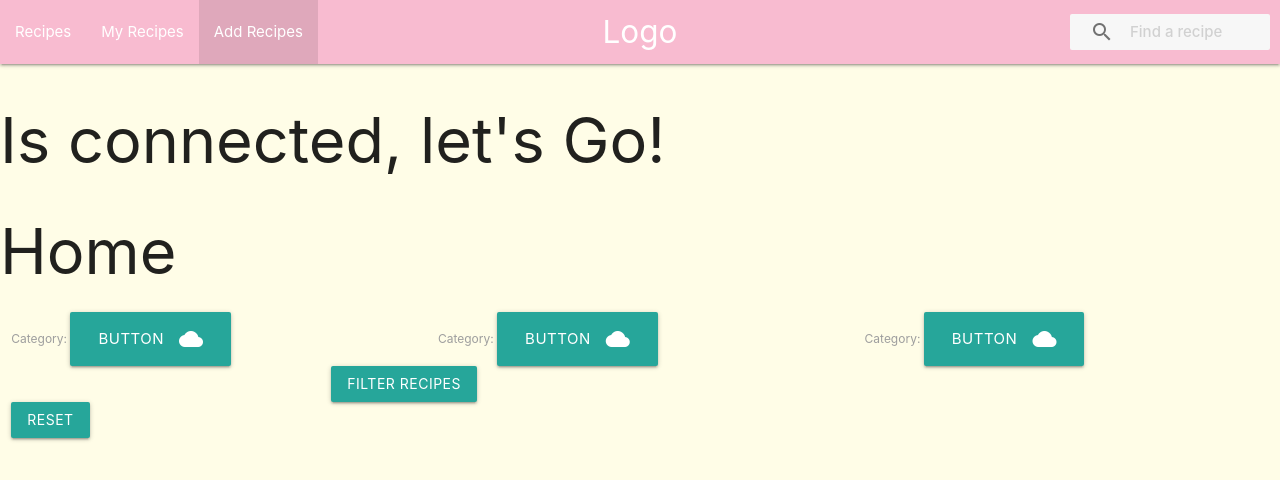
Repository: pazcm/cook-book
Page: templates/home.html
The author's editor kept a record of every edit. The page is drawn from the files as they stood at one moment, then again after the next edit.
The browser window is 1280 px wide. The pictures show the whole page.
Some web libraries are served in a nearby version. The page is served by the project's application, run on Flask 3 (app.py). The template is opened directly, without the code that normally fills it, so the values that code supplies are empty.

Above is the page before.

### templates/home.html
{% extends 'base.html' %}
{% block content %}
<h1>Home</h1>
    <div class="row">
        <form action="/list_recipes" class="form-container" method="POST">
    <div class="form-row">
        <div class="col s12 offset-m4 l4 form-filter">
            <label for="category" class="category-filter">Category: </label>
                <a class="waves-effect waves-light btn-large"><i class="material-icons right">cloud</i>button</a>
        </div>
        <div class="col s12 offset-m4 l4 form-filter">
            <label for="category" class="category-filter">Category: </label>
                <a class="waves-effect waves-light btn-large"><i class="material-icons right">cloud</i>button</a>
        </div>
        <div class="col s12 offset-m4 l4 form-filter">
            <label for="category" class="category-filter">Category: </label>
                <a class="waves-effect waves-light btn-large"><i class="material-icons right">cloud</i>button</a>
        </div>
    </div>
        <!-- submit / reset -->
        <div class="form-row">
            <div class="col s6 m6 offset-l3 l3">
                <button class="btn btn-filter" type="Submit">Filter Recipes</button>
            </div>
            <div class="col s12 m-6 l-3">
                <button href="{{url_for('list_recipes', recipes=recipes, category=category, ingredient=ingredient, cuisine=cuisine)}}" class="btn">Reset</button>
            </div>
        </div>
    </form>
    </div>
{% endblock %}

### templates/base.html
<!DOCTYPE html>
<html lang="en">
<html>
    <head>
        <meta charset="UTF-8">
        <meta name="viewport" content="width=device-width, initial-scale=1.0">
        <meta http-equiv="X-UA-Compatible" content="ie=edge">
        <!-- fonts icons -->
        <link href="https://fonts.googleapis.com/icon?family=Material+Icons" rel="stylesheet">
        <link href="https://stackpath.bootstrapcdn.com/font-awesome/4.7.0/css/font-awesome.min.css">
        <!-- Materialize -->
        <link rel="stylesheet" href="https://cdnjs.cloudflare.com/ajax/libs/materialize/1.0.0/css/materialize.min.css">
        <!-- custom CSS -->
        <link rel="stylesheet" href="{{ url_for('static', filename='css/style.css') }}" type="text/css" />

        <title>Cook Book app</title>
    </head>
    <body>
        <!-- Header - Navigation bar -->
        <nav>
            <div class="nav-wrapper">
            <!--sidenav-->
                <ul id="slide-out" class="sidenav">
                    <li>
                        <div class="user-view">
                            <div class="background">
                                <img src="static/images/yellow-unsplash.jpg">
                            </div>
                            <a href="#user"><img class="circle" src="static/images/toa-unsplash.jpg"></a>
                            <a href="#name"><span class="white-text name">Mary Jane</span></a>
                            <a href="#email"><span class="white-text email">maryjane@example.com</span></a>
                        </div>
                    </li>
                    <li><a href="#!"><i class="material-icons">local_dining</i>Link Logo Cook Book</a></li>
                    <li>
                        <div class="divider"></div>
                    </li>
                    <li><a class="subheader">Browse</a></li>
                    <li><a class="waves-effect" href="#!">Recipes</a></li>
                    <li><a class="waves-effect" href="#!">My Recipes</a></li>
                    <li><a class="waves-effect" href="#!">Add Recipes</a></li>
                </ul>
                <a href="#" data-target="slide-out" class="sidenav-trigger"><i class="material-icons">menu</i></a>
                <!--end sidenav-->

                <!--navbar menu-->
                <a href="#" class="brand-logo center">Logo</a>
                <ul id="nav-mobile" class="left hide-on-med-and-down">
                    <li><a href="templates/recipes.html">Recipes</a></li>
                    <li><a href="templates/my-recipes.html">My Recipes</a></li>
                    <li class="active"><a href="templates/add-recipes.html">Add Recipes</a></li>
                </ul>
                <div class="search-box">
                        <form action="" class="browser-default right">
                            <input id="search-input" placeholder="Find a recipe" type="text" class="browser-default search-field" name="q" value="" autocomplete="off" aria-label="Search box">
                            <label for="search-input"><i class="material-icons search-icon active">search</i></label>
                      </form>
                </div>
            </div>
            <!--end navebar menu-->
        </nav>
        <h1>Is connected, let's Go!</h1>
        {% block content %}
        {% endblock %}


        <!-- jQuery-->
        <script src="https://cdnjs.cloudflare.com/ajax/libs/jquery/3.2.1/jquery.min.js"></script>
        <!-- Compiled and minified JavaScript -->
        <script src="https://cdnjs.cloudflare.com/ajax/libs/materialize/1.0.0/js/materialize.min.js"></script>

        <!-- Collapsible Sidenav  -->
        <script type="text/javascript">
             $(document).ready(function () {
                    $('.sidenav').sidenav();
                });
        </script>

        <!--search box-->
        <script type="text/javascript">
            /* hide when expanded*/
document.querySelector(".search-field").addEventListener("focus", function() {
  let hidden = document.querySelectorAll(".search-hide");

  for (let i = 0; i < hidden.length; ++i) {
    hidden[i].style.display = "none";
  }
});

/* show when expanded*/
document.querySelector(".search-field")
  .addEventListener("focusout", function() {
    let hidden = document.querySelectorAll(".search-icon");
    for (let i = 0; i < hidden.length; ++i) {
      hidden[i].style.display = "block";
    }
  });


        </script>
    </body>
</html>

### app.py
import os
from flask import Flask, render_template, redirect, request, url_for
from flask_pymongo import PyMongo
from bson.objectid import ObjectId

app = Flask(__name__)
app.config["MONGO_DBNAME"] = 'cook-book-db'
app.config["MONGO_URI"] = 'mongodb+srv://root:r00tUser@cluster2-6phdr.mongodb.net/cook-book-db?retryWrites=true&w=majority'

mongo = PyMongo(app)


@app.route('/')
@app.route('/get_recipe')
def get_recipe():
    return render_template("recipes.html", recipes=mongo.db.recipes.find())


if __name__ == '__main__':
    app.run(host=os.environ.get('IP'),
            port=int(os.environ.get('PORT')),
            debug=True)

### static/css/style.css
body {
  background-color: #fffde7;
}

nav .nav-wrapper {
  background-color: #f8bbd0;
  margin-right: 0;
}

/* search box */

nav .search-box {
  position: relative;
  height: 100%;
  margin-right: 10px;
}

input.search-field {
  width: 1px;
  margin-right: 0;
  padding: 10px 25px;
  font-weight: 500;
  color: rgba(0, 0, 0, 0.54);
  border-radius: 2px;
  border: 0;
  height: 36px;
  background: #f7f7f7;
  transition: background 0.2s, width .2s;
}

input.search-field:hover {
  background: #ebebeb;
}

input.search-field:focus {
  width: 100vw;
  padding: 8px 8px 8px 50px;
}

.search-icon {
  position: absolute;
  top: 0;
  padding-left: 15px;
  color: rgba(0, 0, 0, 0.54);
}



/* Media queries */
@media (min-width: 600px) {

  /* search box */

  input.search-field {
    padding: 8px 8px 8px 60px;
    width: 200px;
  }

  input.search-field:focus {
    width: 100%;

  }

  .search-icon {
    padding-left: 20px;
  }

}

After the next edit:
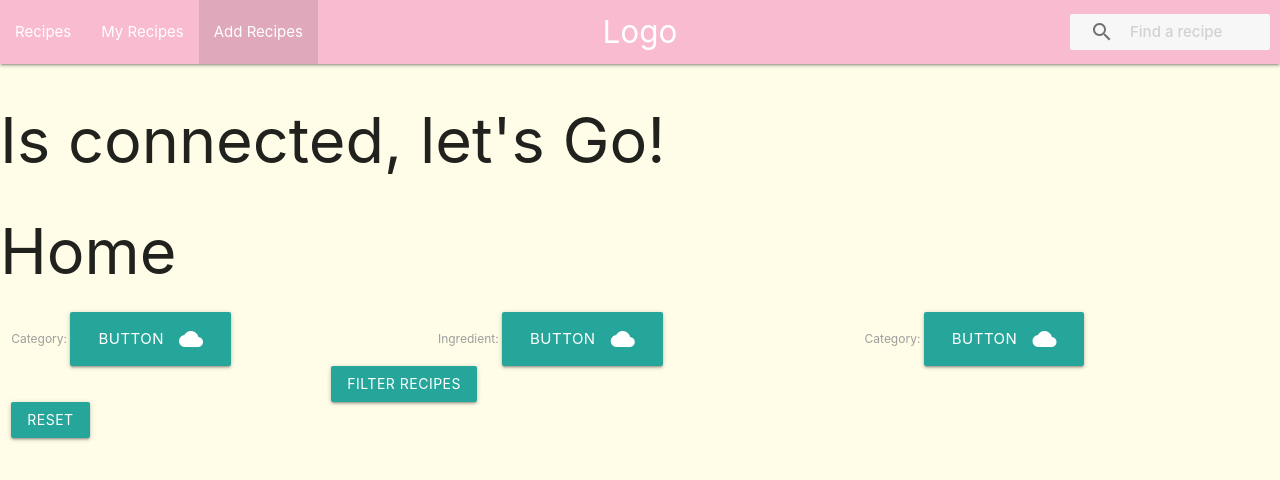
The edit:
--- a/templates/home.html
+++ b/templates/home.html
@@ -9,7 +9,7 @@
                 <a class="waves-effect waves-light btn-large"><i class="material-icons right">cloud</i>button</a>
         </div>
         <div class="col s12 offset-m4 l4 form-filter">
-            <label for="category" class="category-filter">Category: </label>
+            <label for="category" class="category-filter">Ingredient: </label>
                 <a class="waves-effect waves-light btn-large"><i class="material-icons right">cloud</i>button</a>
         </div>
         <div class="col s12 offset-m4 l4 form-filter">
